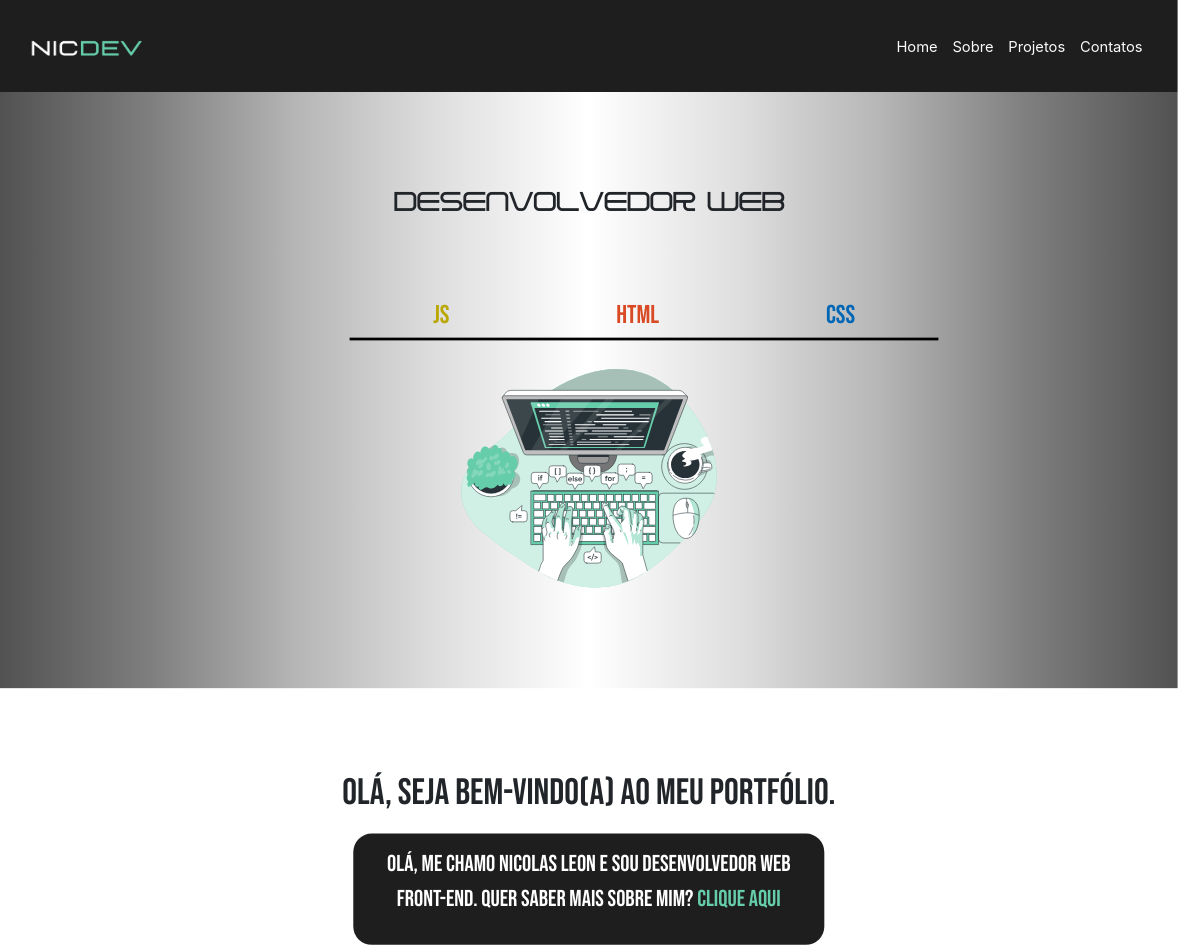
Repository: Leonngc/nicdev
Page: index.html
These files come from the project's save history. The page is drawn as it stood at one moment and after the next save; the edit follows.
The browser window is 1280 px wide. The pictures show the whole page, at 92% of full size.
Some web libraries are served in a nearby version.

Above is the page before, as saved 2023-04-14 12:11:59.

### index.html
<!DOCTYPE html>
<html lang="pt-br">
  <head>
    <meta charset="UTF-8" />
    <meta http-equiv="X-UA-Compatible" content="IE=edge" />
    <meta name="viewport" content="width=device-width, initial-scale=1.0" />
    <link rel="stylesheet" href="https://stackpath.bootstrapcdn.com/bootstrap/4.1.3/css/bootstrap.min.css" integrity="sha384-MCw98/SFnGE8fJT3GXwEOngsV7Zt27NXFoaoApmYm81iuXoPkFOJwJ8ERdknLPMO" crossorigin="anonymous">
    <link rel="stylesheet" href="styles/contain.css">
    <link rel="stylesheet" href="styles/main.css">
    <title>nicdev</title>
  </head>
  <body>

    <header style="width: 100vw;">
      <nav class="navbar navbar-expand-lg navbar-dark" style="background-color: #1E1E1E; padding: 30px;">
        <a class="navbar-brand" href="#" ><img src="images/nicdev-logo.png" alt="" style="width: 130px;"></a>
        <button class="navbar-toggler" type="button" data-toggle="collapse" data-target="#navbarNav" aria-controls="navbarNav" aria-expanded="false" aria-label="Alterna navegação">
          <span class="navbar-toggler-icon"></span>
        </button>
        <div class="collapse navbar-collapse justify-content-end" id="navbarNav">
          <ul class="navbar-nav" >
            <li class="nav-item active">
              <a class="nav-link text-light " href="#">Home <span class="sr-only">(Página atual)</span></a>
            </li>
            <li class="nav-item">
              <a class="nav-link text-light" href="#">Sobre</a>
            </li>
            <li class="nav-item ">
              <a class="nav-link text-light" href="#">Projetos</a>
            </li>
            <li class="nav-item">
              <a class="nav-link text-light" href="#">Contatos</a>
            </li>
          </ul>
        </div>
      </nav>
    </header>

    <div class="contain">
      <h2>DESENVOLVEDOR WEB</h2>
      <div class="skills">
        <span style="color: #baa704;">JS</span>
        <span style="color: #D84924;">HTML</span>
        <span style="color: #0066B6;">CSS</span>
      </div>

      <img src="images/Code typing-bro.svg" alt="" class="code-image">
    </div>

    <main>
        <h3>
          Olá, seja bem-vindo(a) ao meu portfólio.
        </h3>
        <div class="box">
          <p>Olá, me chamo Nicolas Leon e sou desenvolvedor web front-end. Quer saber mais sobre mim? <a href="">Clique aqui</a>
          </p>
      </div>

      <div>

      </div>
    </main>

    <script src="https://code.jquery.com/jquery-3.3.1.slim.min.js" integrity="sha384-q8i/X+965DzO0rT7abK41JStQIAqVgRVzpbzo5smXKp4YfRvH+8abtTE1Pi6jizo" crossorigin="anonymous"></script>
    <script src="https://cdnjs.cloudflare.com/ajax/libs/popper.js/1.14.3/umd/popper.min.js" integrity="sha384-ZMP7rVo3mIykV+2+9J3UJ46jBk0WLaUAdn689aCwoqbBJiSnjAK/l8WvCWPIPm49" crossorigin="anonymous"></script>
    <script src="https://stackpath.bootstrapcdn.com/bootstrap/4.1.3/js/bootstrap.min.js" integrity="sha384-ChfqqxuZUCnJSK3+MXmPNIyE6ZbWh2IMqE241rYiqJxyMiZ6OW/JmZQ5stwEULTy" crossorigin="anonymous"></script>
  </body>
</html>

### styles/contain.css
@import url('https://fonts.googleapis.com/css2?family=Bebas+Neue&display=swap'); /* CDN GOOGLE  FONT */
@font-face {
    font-family: Lastica;
    src: url(../fonts/instrg.ttf)
}

*{
    max-width: 100vw;
}

:root{
 --bebas-neue : 'Bebas Neue', cursive;
}

body{
    overflow-x: hidden;
}

.contain{
    margin: auto;
    width: 100vw;
    height: 90vh;
   justify-content: center;
   text-align: center;
   padding-top: 100px;

   background-image: linear-gradient(
  270deg,
  hsl(0, 0%, 32%) 0%,
  hsl(0deg 0% 50%) 13%,
  hsl(0deg 0% 71%) 25%,
  hsl(0deg 0% 87%) 37%,
  hsl(0deg 0% 100%) 50%,
  hsl(0deg 0% 87%) 63%,
  hsl(0deg 0% 71%) 75%,
  hsl(0deg 0% 50%) 87%,
  hsl(0deg 0% 32%) 100%
);

}


h2{
    font-family: Lastica, sans-serif;
    font-weight: bold;
}

.skills{
    width: 50%;
    display: flex;
    justify-content: space-around;
    margin-left: 380px;
    margin-right: 380px;
    margin-top: 80px;
    border-bottom: 3px solid black;
}

.skills > span{
    font-size: 28px;
    font-family: var(--bebas-neue), sans-serif;
    color: #4BC6B9;
    padding: 3px;
}

.code-image{
    width: 300px;

}

@media screen and (max-width: 900px) {
    .skills{
        margin: auto;
    }
}

### styles/main.css
@import url('https://fonts.googleapis.com/css2?family=Bebas+Neue&display=swap'); /* CDN GOOGLE  FONT */
@import url('https://cdn-uicons.flaticon.com/uicons-solid-straight/css/uicons-solid-straight.css'); /* CDN ICON*/
@font-face {
    font-family: Lastica;
    src: url(../fonts/instrg.ttf)
}

*{
    max-width: 100vw;
}

:root{
 --bebas-neue : 'Bebas Neue', cursive;
}

main{
    margin-top: 90px;
    text-align: center;
}

h3{
    font-family: var(--bebas-neue), sans-serif;
    font-size: 40px;
    margin-bottom: 20px;
}

.box{
    background-color: #1E1E1E;
    color: white;
    width:40vw;
    margin: auto;
    padding: 15px;
    border-radius: 20px;
}

.box > p{
    font-size: 25px;
    font-family: var(--bebas-neue);
}

.box > p a{
    color: #66CDAA;
}

After the next save:
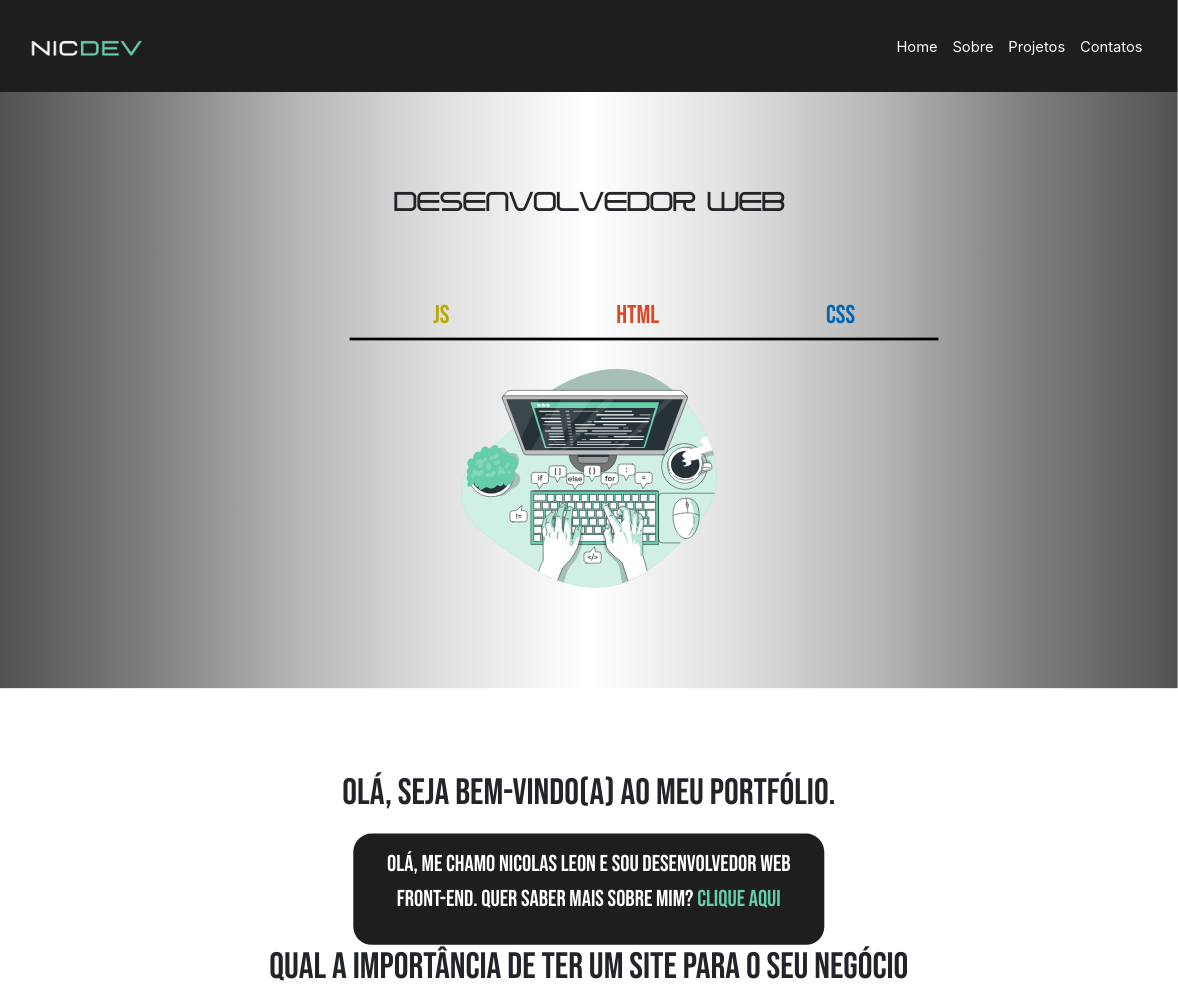
Saved 19 s later.
--- a/index.html
+++ b/index.html
@@ -57,7 +57,7 @@
       </div>
 
       <div>
-
+        <h3>Qual a importância de ter um site para o seu negócio</h3>
       </div>
     </main>
 
